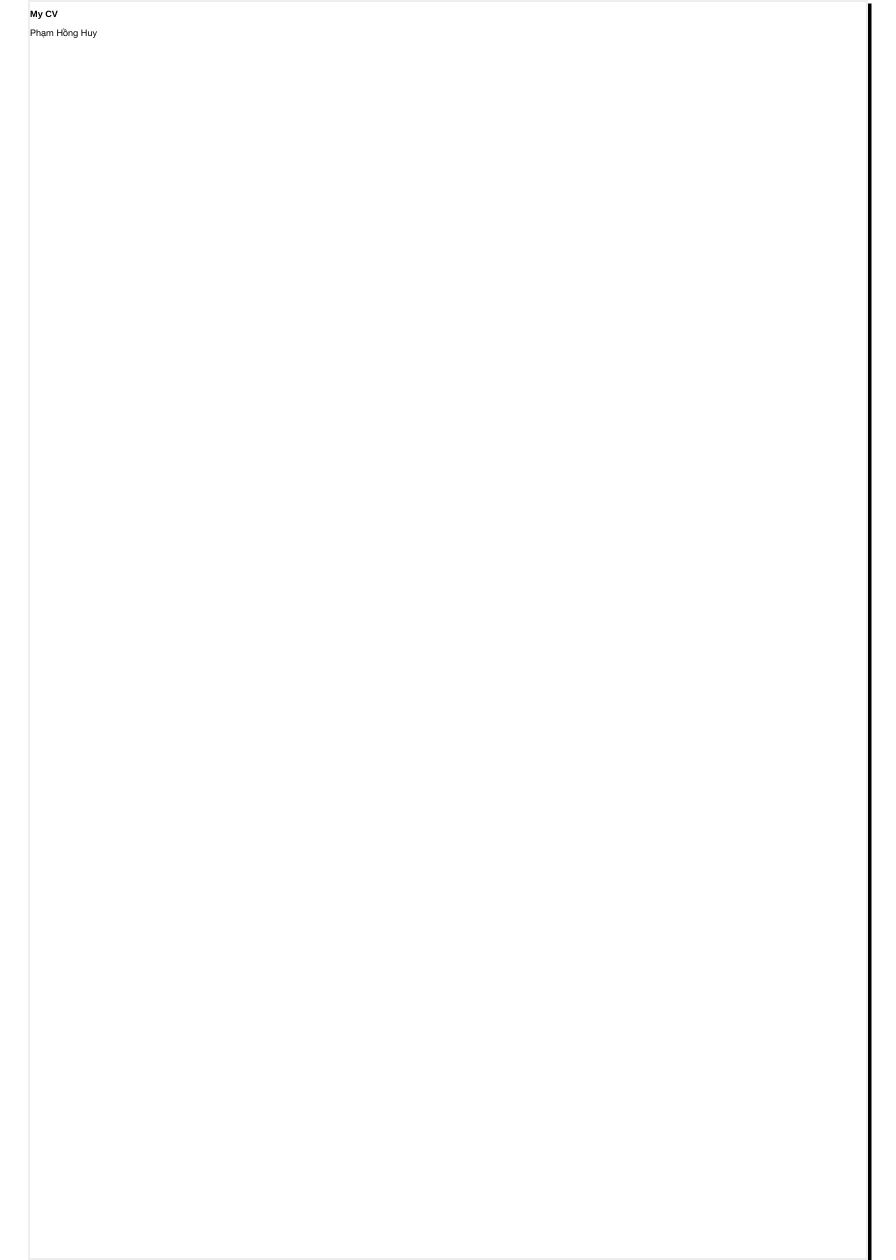
Repository: phamhonghuy/bookstore
Page: index.html
The author's editor kept a copy of each file at every save. The page is drawn from the files as they stood at one save, then again after the next save.
The browser window is 1280 px wide. The pictures show the whole page, at 70% of full size.

Above is the page before, as saved 2021-10-08 22:55:40.

### index.html
<!DOCTYPE html>
<html>
    <head>
        <meta name="viewport" content="width=device-width" />
        <meta  charset="utf-8" />
        <script src="js/script.js"></script>
        <link rel="stylesheet" href="css/style.css">
        <title>My CV</title>
        <link rel="shortcut icon" href="/image/shortcut-icon.png">
    </head>
    <body>
        <div class='header'>
            <h1>My CV</h1>
            <p id="name">Phạm Hồng Huy</p>

        </div>
    </body>
    <footer></footer>
</html>

### css/style.css
* {
    color:rgb(0, 0, 0);
    font-family: Helvetica;
    font-size: 13px;
    box-sizing: border-box;
}
@font-face {
    font-family:Helvetica;
    src: url(/font/helveticaneue.ttf);
}
body {
    width: 1200px;
    height: 1800px;
    box-shadow: 5px 5px rgb(0, 0, 0);
    margin: auto;
    border: 3px solid #eee;
}

Loaded but not shown: JS/script.js (no copy from this time; the picture is the same without it)

After the next save:
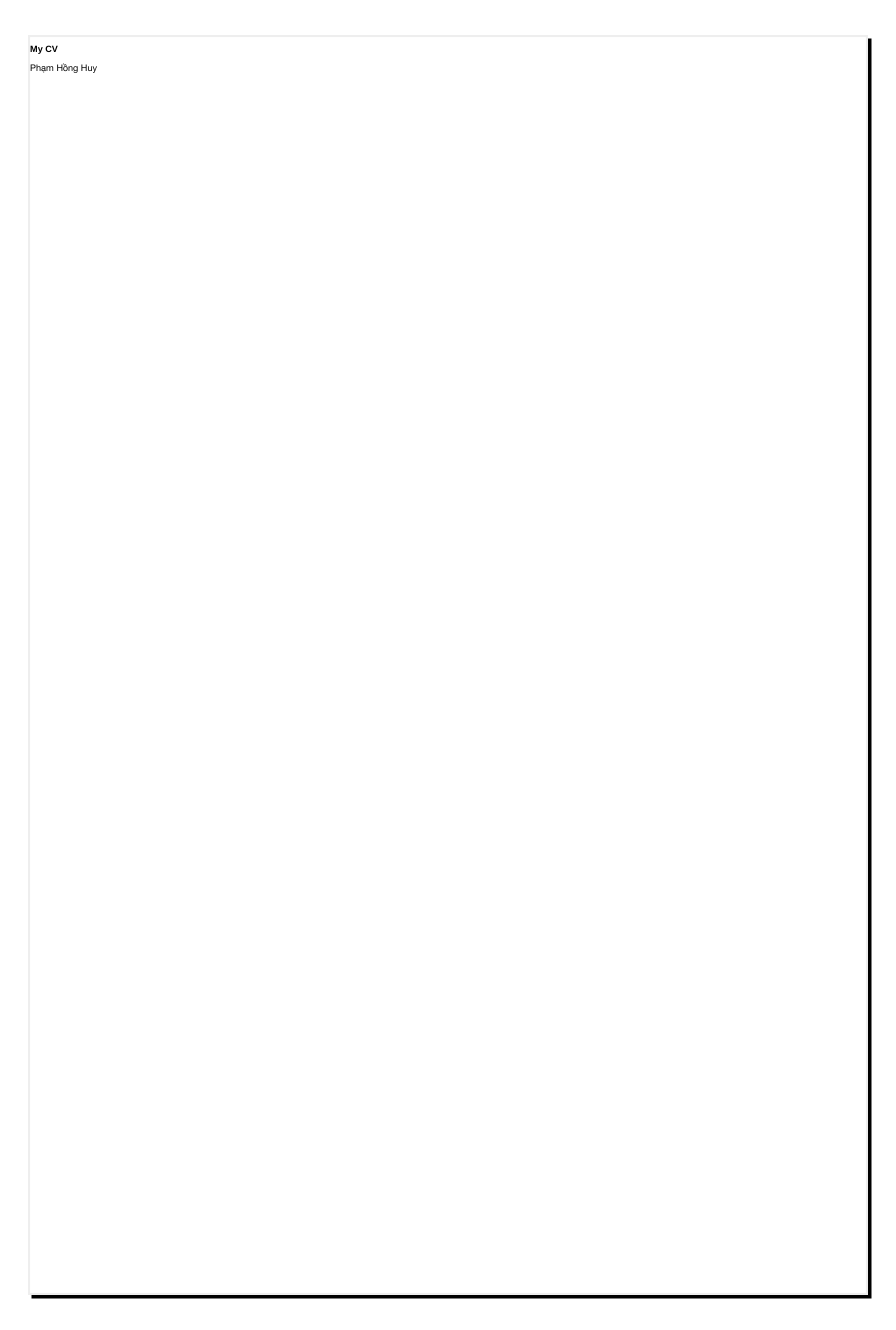
Saved 21 s later.
--- a/css/style.css
+++ b/css/style.css
@@ -12,6 +12,6 @@ body {
     width: 1200px;
     height: 1800px;
     box-shadow: 5px 5px rgb(0, 0, 0);
-    margin: auto;
+    margin: 50px auto;
     border: 3px solid #eee;
 }
